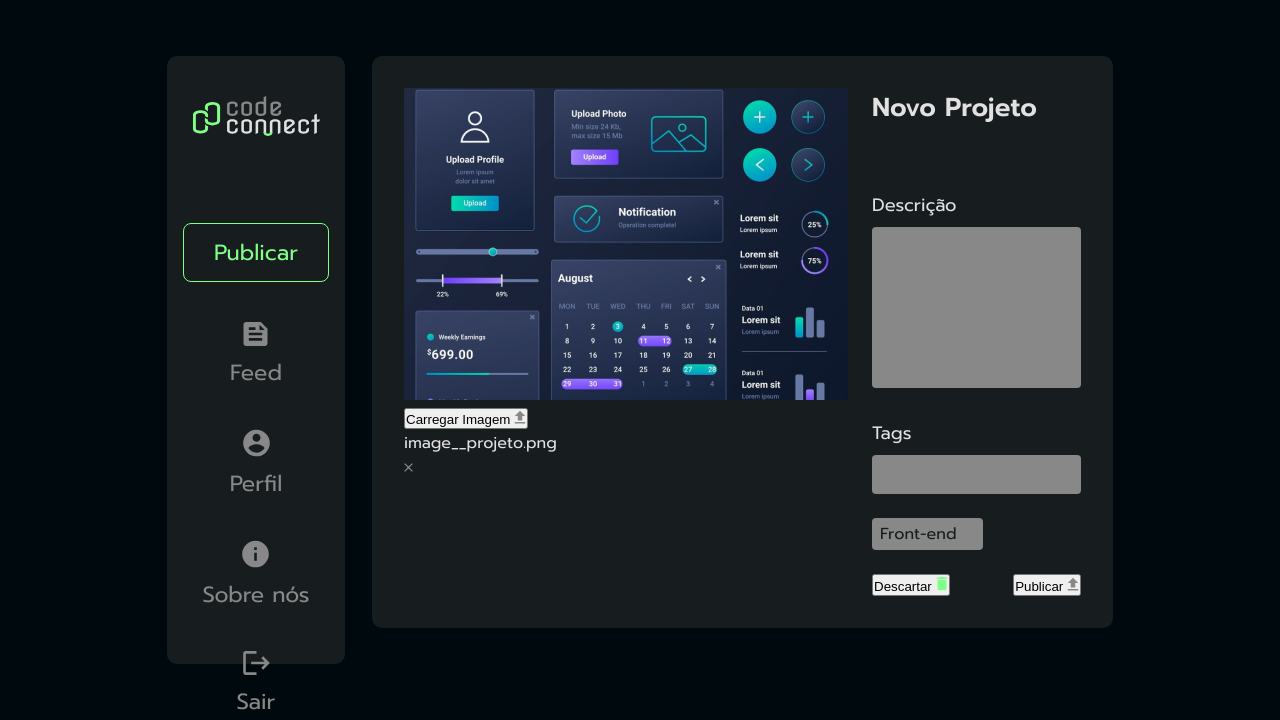
Repository: joaoPraiaJunior/async_await
Page: index.html
The author's editor kept a copy of each file at every save. The page is drawn from the files as they stood at one save, then again after the next save.
The browser window is 1280 px wide. The pictures show the whole page.

Above is the page before, as saved 2024-08-24 19:40:36.

After the next save:
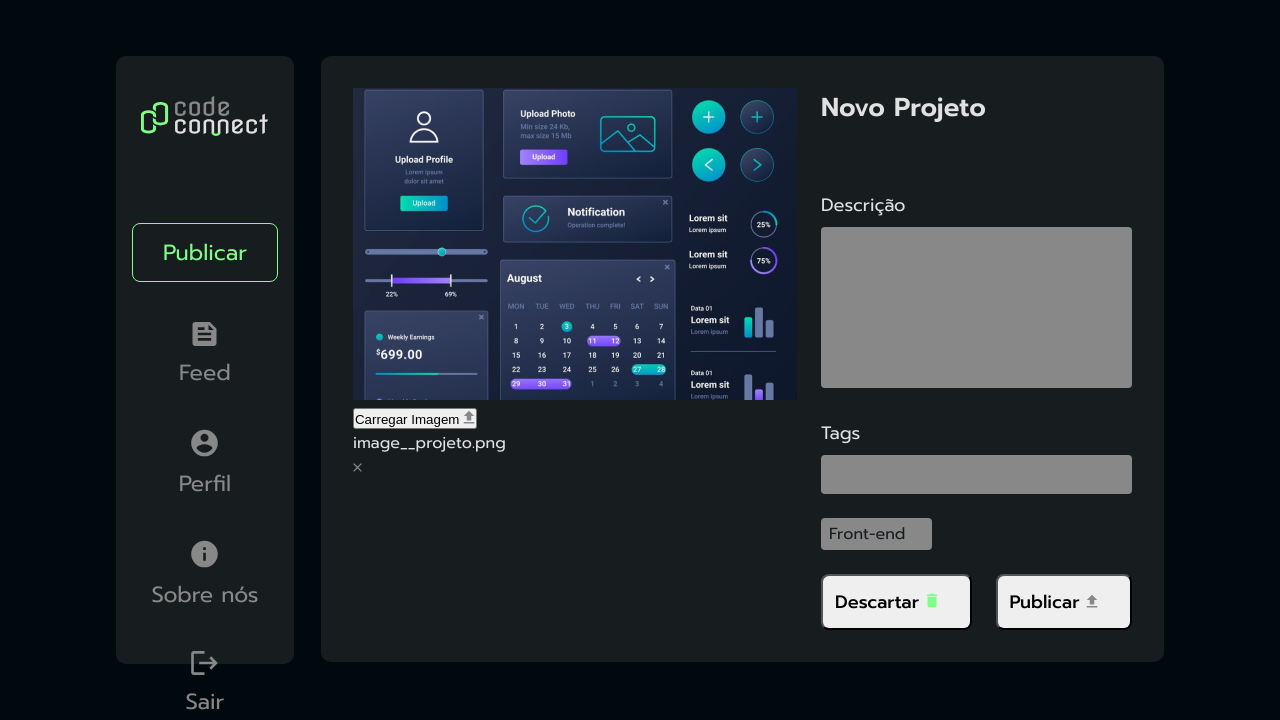
Saved 2 min 35 s later.
--- a/css/styles.css
+++ b/css/styles.css
@@ -140,3 +140,12 @@ body {
     justify-content: space-between;
     gap: 2.4rem;
 }
+
+.c-formulario__botao {
+    font-family: var(--fonte-padrao);
+    font-size: 1.8rem;
+    font-weight: 500;
+    text-align: center;
+    border-radius: .8rem;
+    padding: 1.2rem 3.2rem 1.2rem 1.2rem
+}
